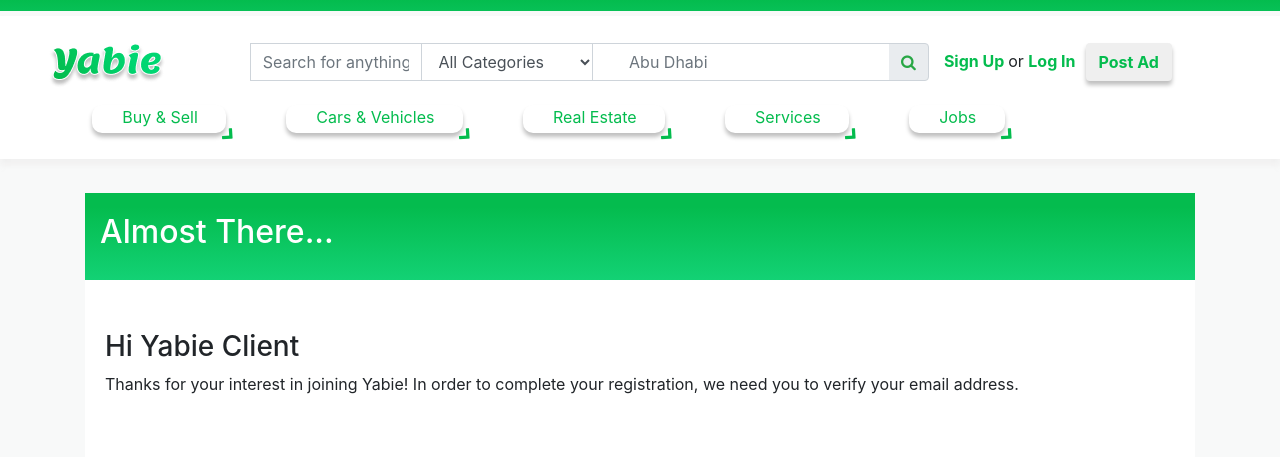
Repository: muazzamkha95/yabie
Page: confirm-email.html
The author's editor kept a copy of each file at every save. The page is drawn from the files as they stood at one save, then again after the next save.
The browser window is 1280 px wide. The pictures show the whole page.

Above is the page before, as saved 2020-07-09 15:45:34.
Console error: TypeError: Cannot read properties of undefined (reading 'fn')

After the next save:
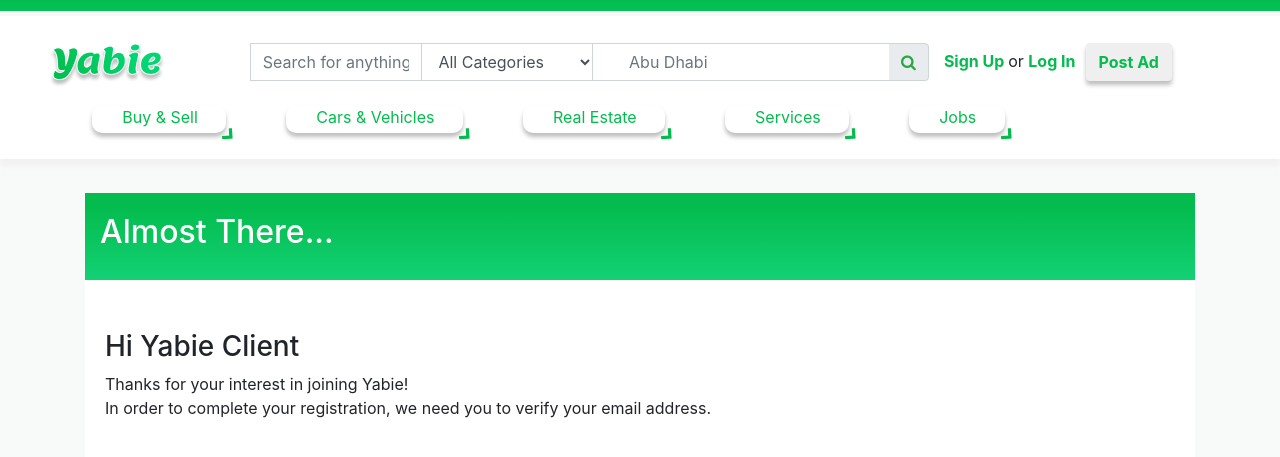
Saved 8 s later.
--- a/confirm-email.html
+++ b/confirm-email.html
@@ -72,7 +72,7 @@
                         Hi Yabie Client
                     </h3>
                     <p>
-                        Thanks for your interest in joining Yabie! In order to complete your registration, we need you to verify your email address.
+                        Thanks for your interest in joining Yabie!<br/> In order to complete your registration, we need you to verify your email address.
                     </p>
                 </div>
 
